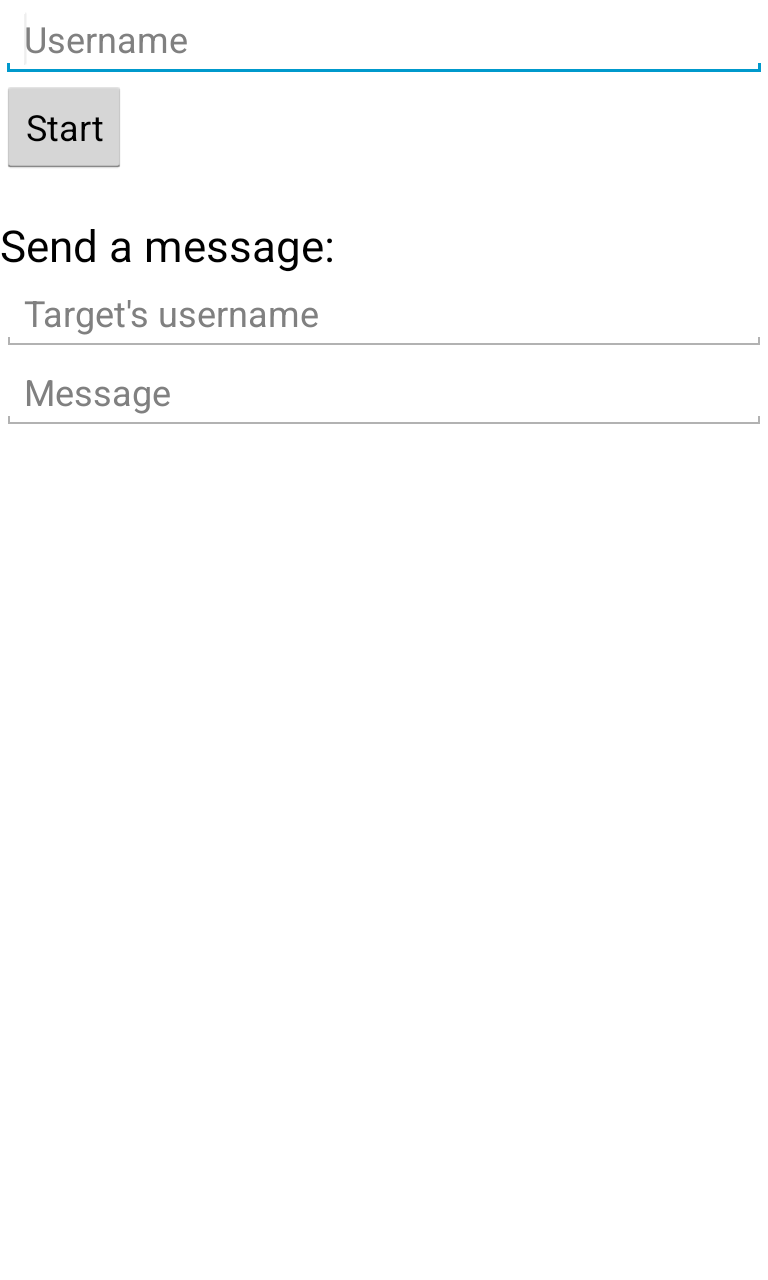
Repository: NickGeek/WiN
Layout: Android/WiN/res/layout/activity_main.xml
These files come from the project's save history. The layout is drawn as it stood at one moment and after the next save; the edit follows.
It is drawn on a 768 x 1280 px phone screen (xhdpi) without system bars, with theme AppTheme; the app's code is not run.

Above is the layout before, as saved 2013-11-02 23:25:40.

After the next save:
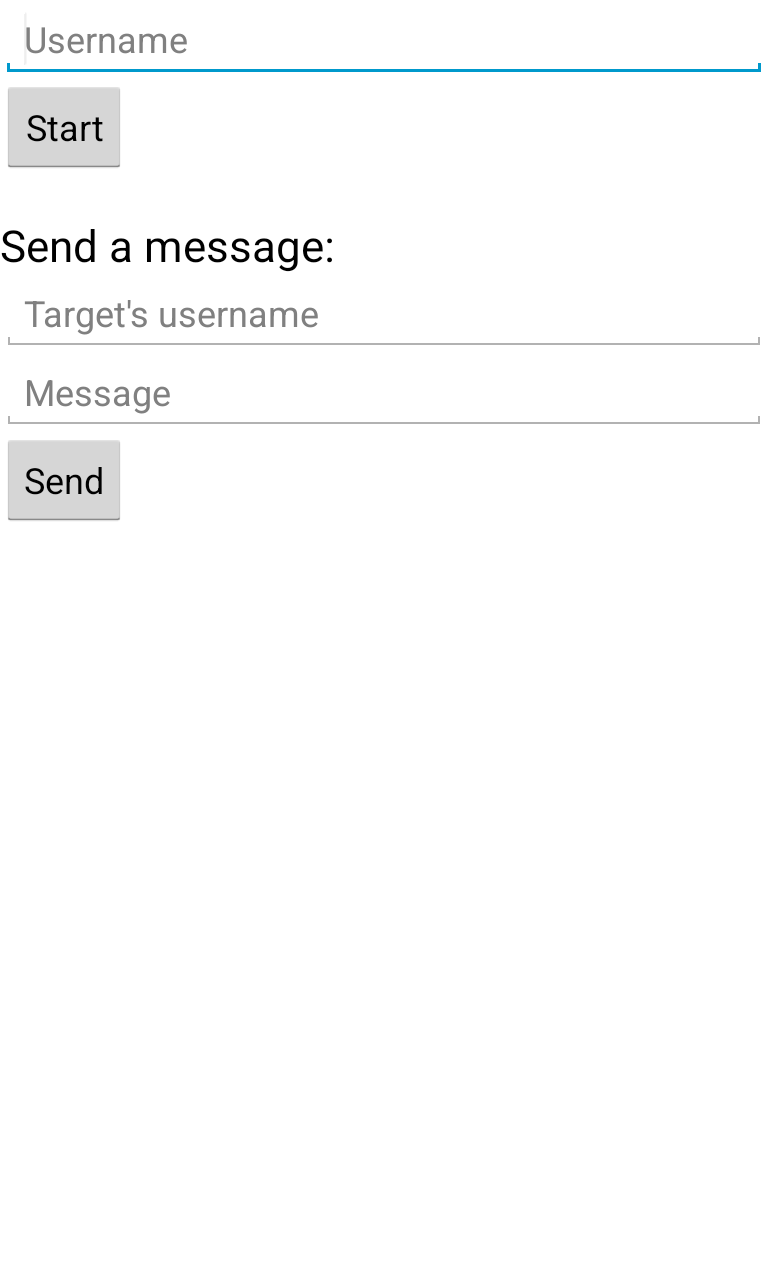
Saved 3 s later.
--- a/Android/WiN/res/layout/activity_main.xml
+++ b/Android/WiN/res/layout/activity_main.xml
@@ -45,4 +45,10 @@
         android:hint="@string/msg"
         android:inputType="textCapSentences|textAutoCorrect|textAutoComplete|textNoSuggestions" />
 
+    <Button
+        android:id="@+id/button2"
+        android:layout_width="wrap_content"
+        android:layout_height="wrap_content"
+        android:text="@string/send" />
+
 </LinearLayout>
